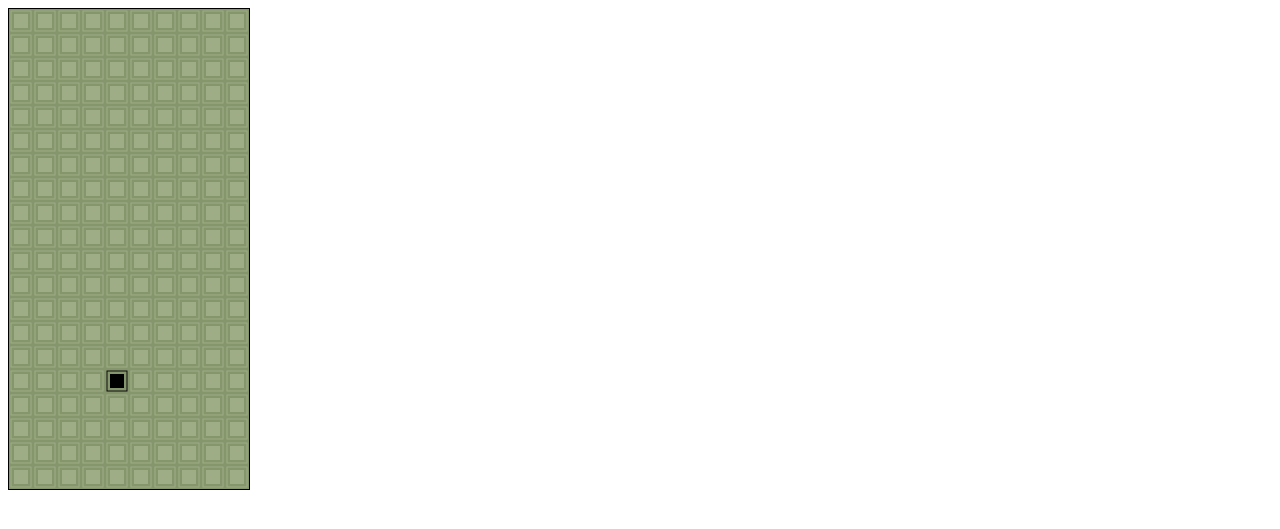
Repository: yzarc204/tetris-web
Page: index.html
These files come from the project's save history. The page is drawn as it stood at one moment and after a run of saves; the edit follows.
The browser window is 1280 px wide. The pictures show the whole page.

Above is the page before, as saved 2021-09-20 19:04:03.

### index.html
<!DOCTYPE html>
<html lang="en">
<head>
    <meta charset="UTF-8">
    <meta http-equiv="X-UA-Compatible" content="IE=edge">
    <meta name="viewport" content="width=device-width, initial-scale=1.0">
    <title>Tetris</title>
    <style>
        canvas {
            border: 1px solid #000;
        }
    </style>
</head>
<body>
    <script src="js/const.js"></script>
    <script src="js/board.js"></script>
    <script src="js/pixel.js"></script>
    <script src="js/brick.js"></script>
    <script src="js/game.js"></script>
</body>
</html>

### js/const.js
const PIXEL_SIZE = 24;

const B = true;
const _ = false;

const ROW = 20;
const COL = 10;

const GAME_WIDTH = PIXEL_SIZE * COL;
const GAME_HEIGHT = PIXEL_SIZE * ROW;

const GAME_BG_COLOR = '#86966c';
const PIXEL_COLOR = '#000000';
const PIXEL_BG_COLOR = '#9EAD86';

### js/board.js
class Board
{
    constructor(tetris) {
        this.tetris = tetris;
        this.map = [];
        this.row = ROW;
        this.col = COL;
        this.init();
    }

    init() {
        for (let row = 0; row < this.row; row++) {
            let rowData = [];
            for (let col = 0; col < this.col; col++) {
                rowData.push(_);
            }
            this.map.push(rowData);
        }
    }

    draw() {
        for (let row = 0; row < this.row; row++) {
            for (let col = 0; col < this.col; col++) {
                if (this.map[row][col] == _)
                    new Pixel(this.tetris, row, col, PIXEL_BG_COLOR).draw();
            }
        }
    }
};

### js/pixel.js
class Pixel
{
    constructor(tetris, row, col, color) {
        this.tetris = tetris;
        this.row = row;
        this.col = col;
        this.color = color;
        this.size = PIXEL_SIZE;
    }

    fall() {
        this.row++;
    }

    draw() {
        const x = this.row * this.size;
        const y = this.col * this.size;
        // Set color
        this.tetris.ctx.fillStyle = this.color;
        this.tetris.ctx.strokeStyle = this.color;
        this.tetris.ctx.lineWidth = 1;
        // Draw outline
        this.tetris.ctx.strokeRect(y+2, x+2, this.size-4, this.size-4);
        // Draw area
        this.tetris.ctx.fillRect(y+5, x+5, this.size-10, this.size-10, this.color);
    }
};

### js/game.js
class Tetris {
    constructor() {
        this.cvs = null;
        this.ctx = null;
        this.board = null;
        this.brick = null;
        this.score = 0;
        this.init();
        this.startGame();
        this.gameLoop = setInterval(() => this.loop(), 333);
    }

    init() {
        // Create canvas
        this.cvs = document.createElement('canvas');
        this.cvs.width = GAME_WIDTH;
        this.cvs.height = GAME_HEIGHT;
        document.body.appendChild(this.cvs);

        this.ctx = this.cvs.getContext('2d');
    }

    startGame() {
        this.board = new Board(this);
        this.pixel = new Pixel(this, 0, 4, PIXEL_COLOR);
    }

    clrscr() {
        this.ctx.fillStyle = GAME_BG_COLOR;
        this.ctx.fillRect(0, 0, GAME_WIDTH, GAME_HEIGHT);
    }

    loop() {
        this.clrscr();
        this.update();
        this.draw();
    }

    update() {
        this.pixel.fall();
    }

    draw() {
        this.board.draw();
        this.pixel.draw();
    }
};

const tetris = new Tetris();

Loaded but not shown: js/brick.js (no copy from this time; the picture is the same without it)

After the next 2 saves:
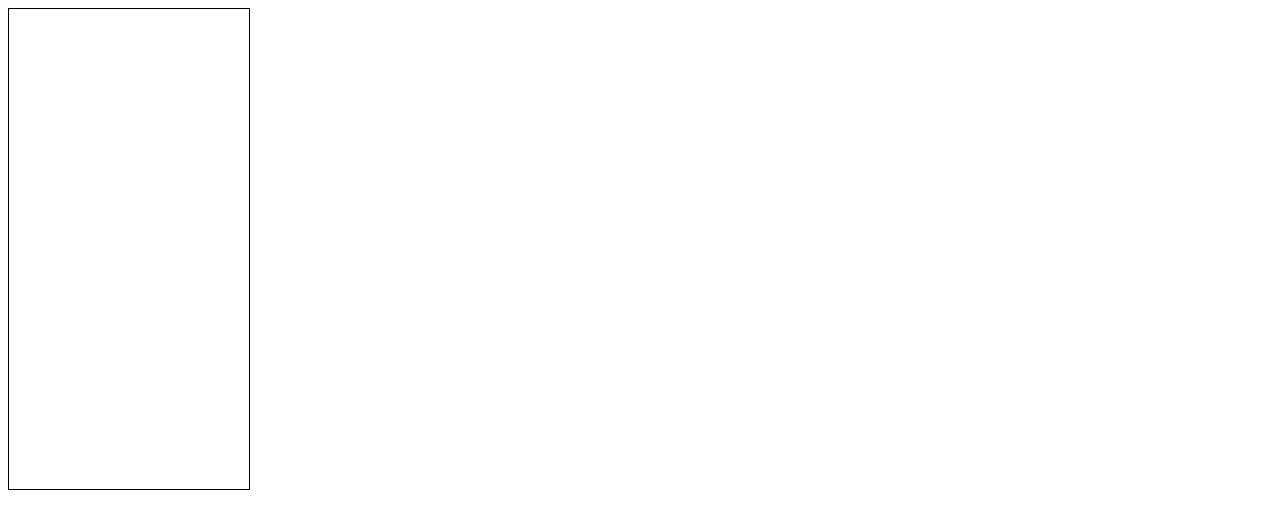
Console error: SyntaxError: Unexpected token '}'
The 2 saves are shown as one change because they came seconds apart.
The last was saved 3 min 10 s later.
--- a/js/pixel.js
+++ b/js/pixel.js
@@ -6,6 +6,10 @@
         this.col = col;
         this.color = color;
         this.size = PIXEL_SIZE;
+    }
+
+    canFall() {
+        if
     }
 
     fall() {

After the 2 saves that followed:
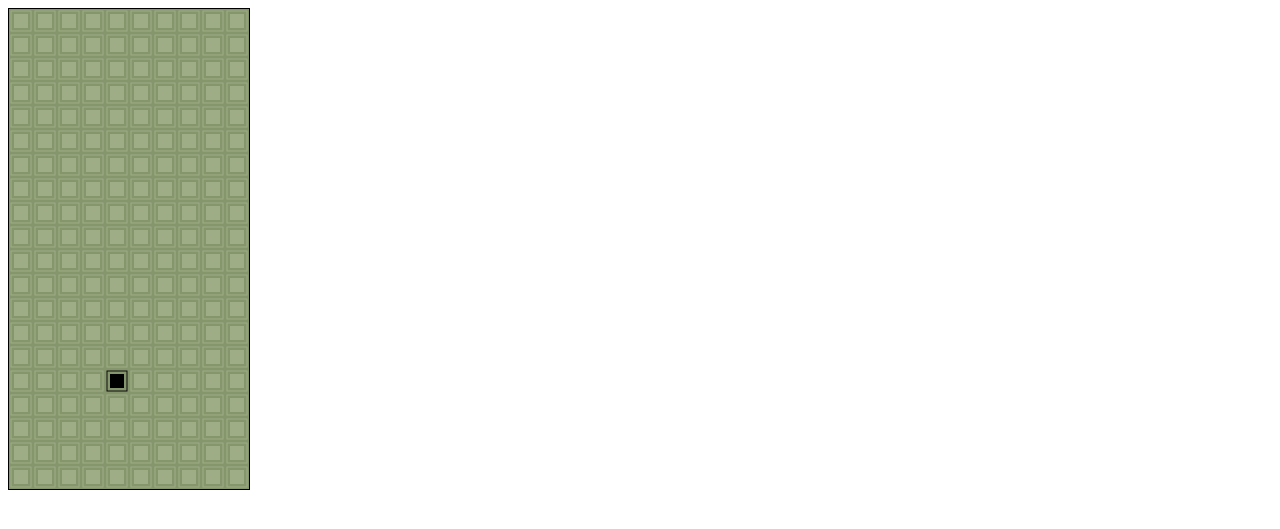
The error is gone.
The 2 saves are shown as one change because they came seconds apart.
The last was saved 8 s later.
--- a/js/pixel.js
+++ b/js/pixel.js
@@ -6,10 +6,6 @@
         this.col = col;
         this.color = color;
         this.size = PIXEL_SIZE;
-    }
-
-    canFall() {
-        if
     }
 
     fall() {
